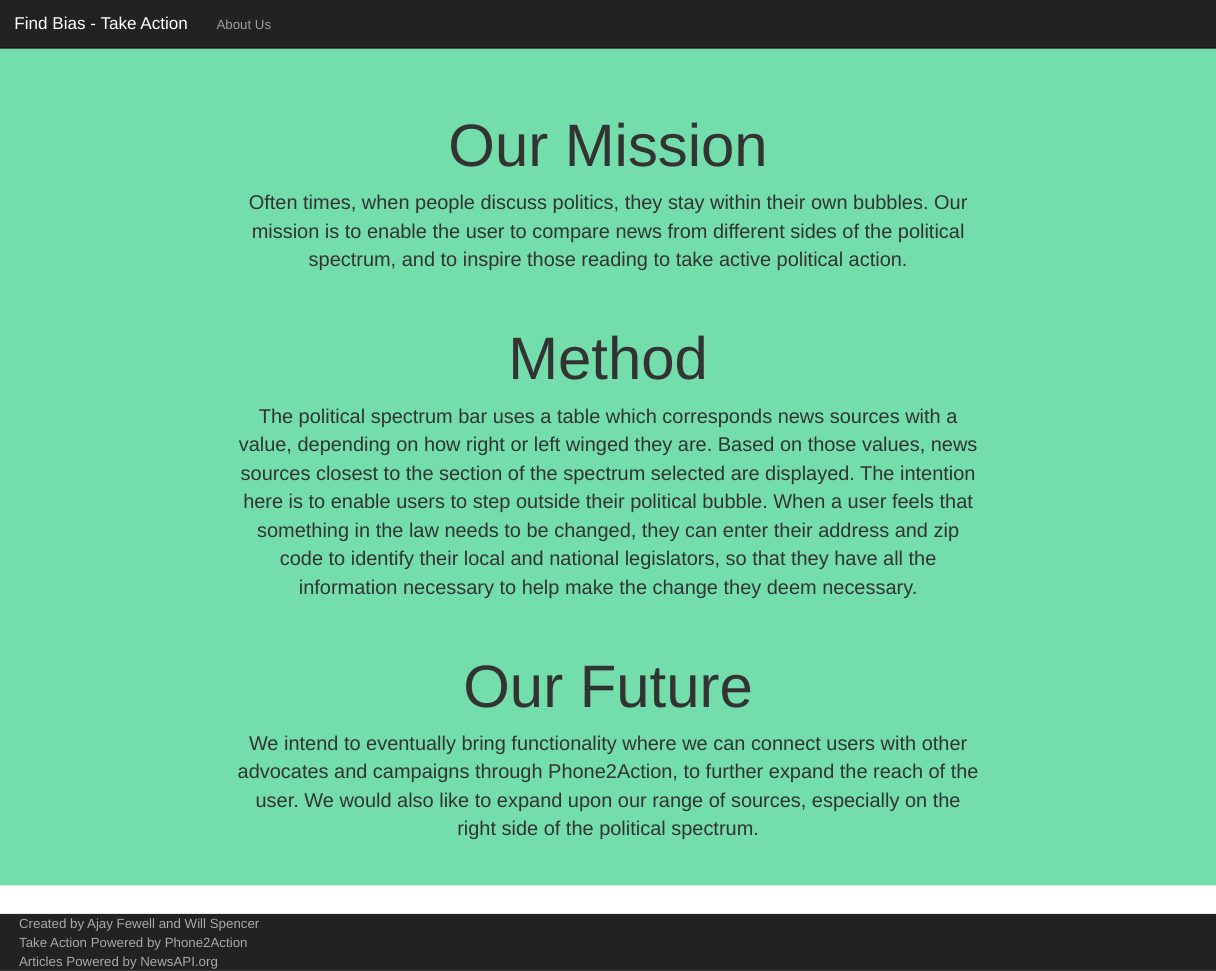
Repository: willespencer/Web-Application-Labs
Page: http://localhost/about.html
The author's editor kept a record of every edit. The page is drawn from the files as they stood at one moment, then again after the next edit.
The browser window is 1280 px wide. The pictures show the whole page, at 95% of full size.
The page is run by PHP 8.4 with error messages shown; the project is at /var/www/html/.

Above is the page before.

### hacktj/about.html
<html>
    <head>

        <title>
            Our Mission
        </title>
         <link rel="icon" href="https://lh4.googleusercontent.com/-Z38JCESyCME/AAAAAAAAAAI/AAAAAAAAAAA/2VkJ-HKF08w/w60-h60-p-mo/photo.jpg">
        <link rel="stylesheet" type="text/css" href="aboutscript.css">
	    <link rel="stylesheet" href="https://maxcdn.bootstrapcdn.com/bootstrap/3.3.7/css/bootstrap.min.css">
	    <script src="https://ajax.googleapis.com/ajax/libs/jquery/1.12.4/jquery.min.js"></script>
	    <script src="https://maxcdn.bootstrapcdn.com/bootstrap/3.3.7/js/bootstrap.min.js"></script>

    </head>
    <body>
          <nav class = "navbar navbar-inverse navbar-static-top bg-inverse"  id = "margin">
    		<div class = "container-fluid">
    			<div class = "navbar-header">
    				<a class = "navbar-brand" id = "name" href = "index.html">Find Bias - Take Action</a>
    			</div>
    			<ul class = "nav navbar-nav">
    				<li id = "tab"><a href="about.html">About Us</a></li>
    			</ul>
    		</div>
	    </nav>

	    <div class="jumbotron text-center default-primary-color text-primary-color" id = "header">
            <h1>
                Our Mission
            </h1>
            <p class = "desc">Often times, when people discuss politics, they stay within their own bubbles. Our mission is to enable the user to compare news from  different sides of the political spectrum, and to inspire those reading to take active political action. </p>
            <br>
            <h1>
                Method
            </h1>
            <p class = "desc">
                The political spectrum bar uses a table which corresponds news sources with a value, depending on how right or left winged they are. Based on those values, news sources closest to the section of the spectrum selected are displayed. The intention here is to enable users to step outside their political bubble. When a user feels that something in the law needs to be changed, they can enter their address and zip code to identify their local and national legislators, so that they have all the information necessary to help make the change they deem necessary.
            </p>
            <br>
            <h1>
                Our Future
            </h1>
            <p class = "desc">
                We intend to eventually bring functionality where we can connect users with other advocates and campaigns through Phone2Action, to further expand the reach of the user. We would also like to expand upon our range of sources, especially on the right side of the political spectrum.
            </p>
        </div>
        <footer class="footer navbar-inverse" id = "foot">
    		Created by Ajay Fewell and Will Spencer<br>
    		Take Action Powered by Phone2Action<br>
    		Articles Powered by NewsAPI.org
	    </footer>
    </body>
</html>

### hacktj/aboutscript.css
.desc {
  padding-left:  250px;
  padding-right: 250px;
  padding-bottom: 0px;
}

#margin{
  margin-bottom:0;
  padding-bottom:0px;
}
#header{
    padding-bottom: 30px;
    background-color: #73ddac;
}
#foot{
  padding-left:20px;
  color:#A9A9A9;
}

After the next edit:
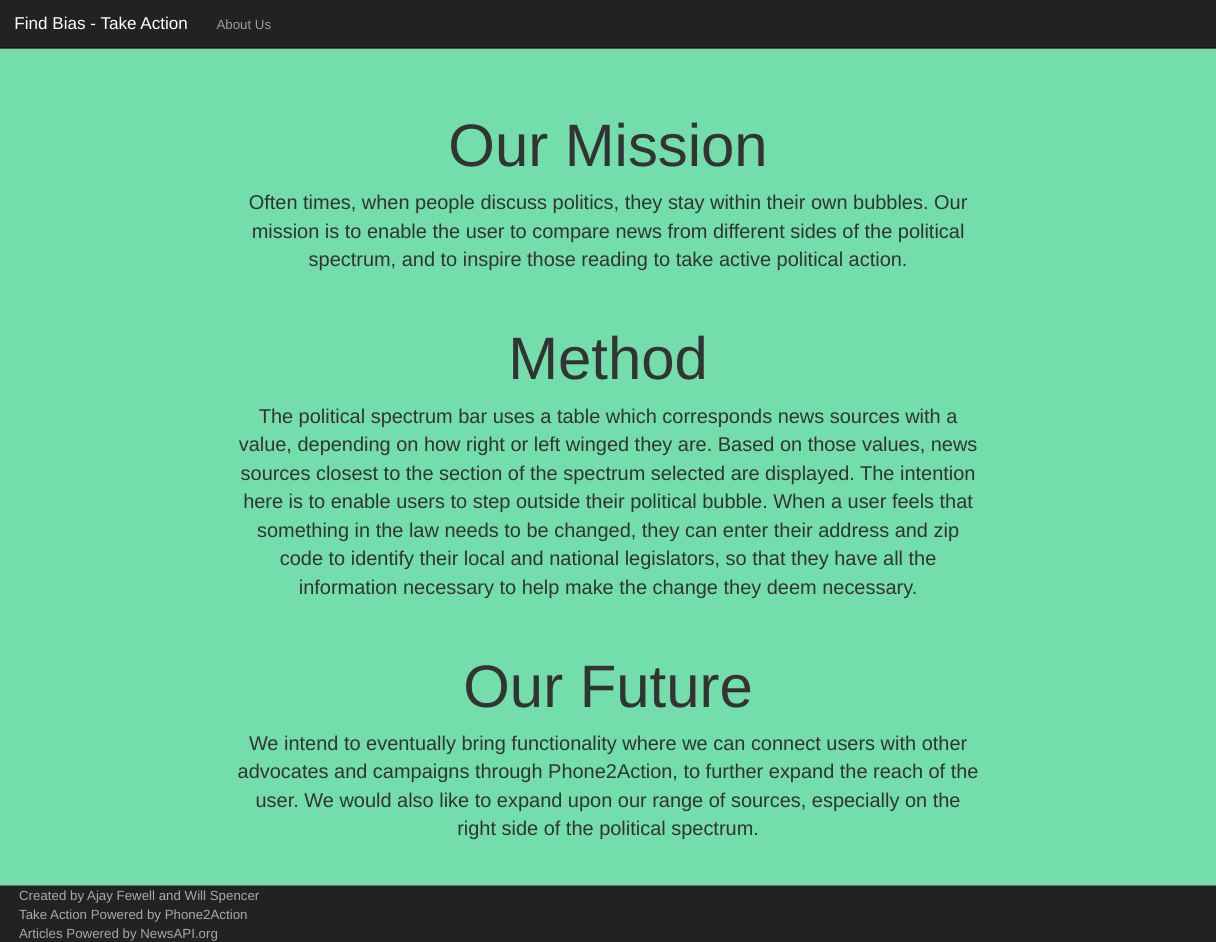
The edit:
--- a/hacktj/aboutscript.css
+++ b/hacktj/aboutscript.css
@@ -11,6 +11,7 @@
 #header{
     padding-bottom: 30px;
     background-color: #73ddac;
+    margin-bottom: 0px
 }
 #foot{
   padding-left:20px;
